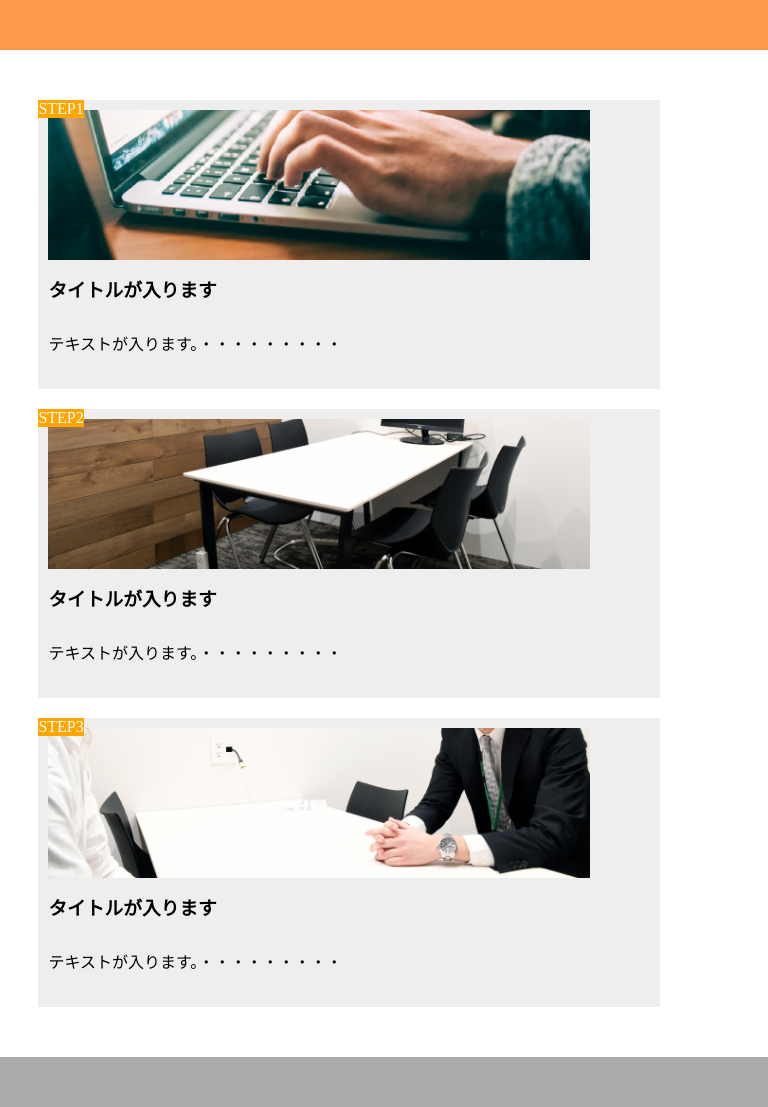
Repository: hahumanhugou/test1
Page: test1/test1.html
The author's editor kept a record of every edit. The page is drawn from the files as they stood at one moment, then again after the next edit.
The browser window is 768 px wide. The pictures show the whole page.
Some web libraries are served in a nearby version.

Above is the page before.

### test1/test1.html
<!DOCTYPE html>
<html lang="ja">
  <head>
    <meta charset="UTF-8" />
    <meta name="viewport" content="width=device-width,initial-scale=1.0">
     <script src="https://kit.fontawesome.com/13adee6c96.js" crossorigin="anonymous"></script>
    <!-- CSSファイルの読み込み -->
    <link rel="stylesheet" href="test1.css" />
    <title>確認課題１</title>
  </head>

  <body>
    <!-- header -->
    <header>  </header>
      <div class="largebox">
        <div class="box">
         <div class="image"></div>
          <h3 class="title">タイトルが入ります</h3>
          　<p class="text">テキストが入ります。・・・・・・・・・ </p>
          　　<div class="step"><font color="white">STEP1</font></div>
          </div>
            <div class="box">
         <div class="image2"></div>
          <h3 class="title">タイトルが入ります</h3>
          　<p class="text">テキストが入ります。・・・・・・・・・ </p>
          　　<div class="step"><font color="white">STEP2</font></div>
          </div>
            <div class="box">
         <div class="image3"></div>
          <h3 class="title">タイトルが入ります</h3>
          　<p class="text">テキストが入ります。・・・・・・・・・ </p>
          　　<div class="step"><font color="white">STEP3</font></div>
          </div>



        </div>
    <footer></footer>
 </body>
</html>

### test1/test1.css
* {
  box-sizing: border-box;
  margin: 0;
  padding: 0;
}

header {
  height: 50px;
  background-color: #ff9a4b;
}


.largebox{
  width: 960px;
  margin: 50px auto;
  display: flex;
}

.box{
  width: 300px;
  margin-right: 30px;
  padding: 10px;
  position: relative;
  background-color: #eee;
}

.step-box:last-child {
  margin-right: 0;
}
.image{
  background-image: url(img/flow01.png);
  height: 150px;
  background-position: bottom;
  background-size: cover;
}

.image2{
  background-image: url(img/flow02.png);
  height: 150px;
  background-position: bottom;
  background-size: cover;
}
.image3{
  background-image: url(img/flow03.png);
  height: 150px;
  background-position: bottom;
  background-size: cover;
}

.title{
 margin: 15px 0 5px;
}


.step{
 position: absolute;
 background-color: orange;
 top: 0;
 left: 0;
}

footer {
  height: 50px;
  background-color: #aaa;
}

@media screen and (max-width: 768px) {

.largebox{
  width: 100%;
  display: block;
  padding-left: 5%;
  padding-right: 5%;
}

.box{
  width: 90%;
  margin-bottom: 20px;

}

.step-box:last-child {
  margin-bottom:  0;
}
.image{
 width: 90%;
}

.image2{
 width: 90%
}
.image3{
 width: 90%;
}



}

After the next edit:
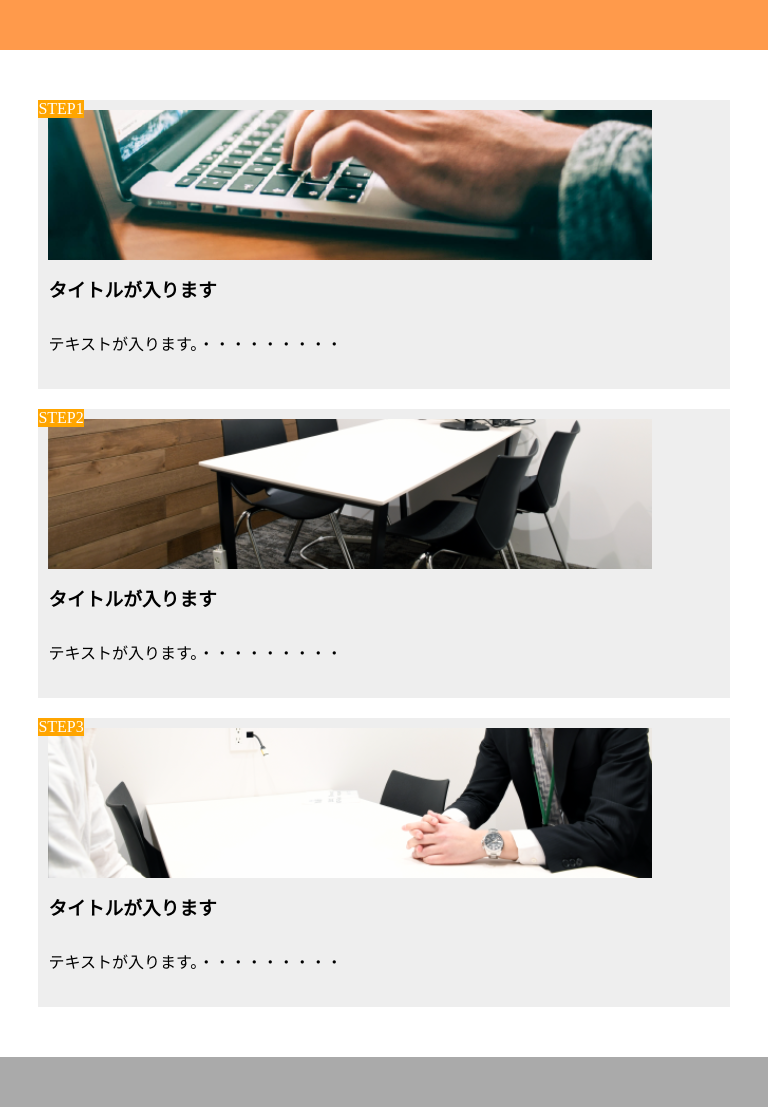
The edit:
--- a/test1/test1.css
+++ b/test1/test1.css
@@ -74,7 +74,7 @@
 }
 
 .box{
-  width: 90%;
+  width: 100%;
   margin-bottom: 20px;
 
 }
